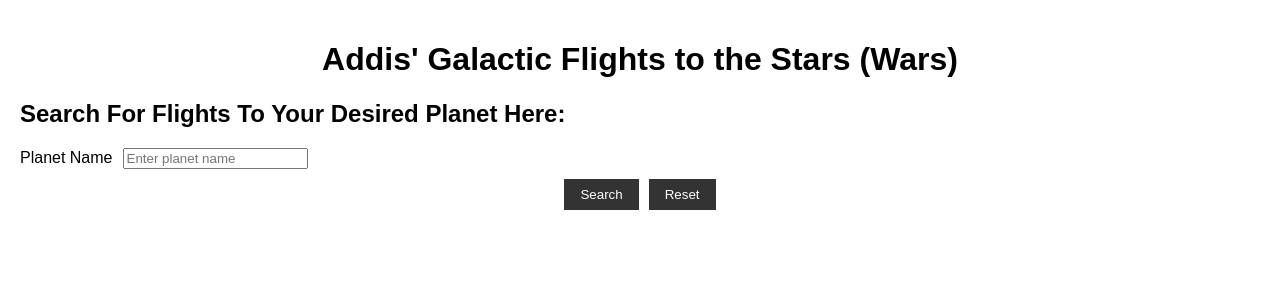
Repository: addisjackson/project-front-end-portfolio2
Page: index.html
An editor plug-in stored every save of this project. The page is shown before and after the next save, followed by the edit.
The browser window is 1280 px wide. The pictures show the whole page.

Above is the page before, as saved 2023-07-17 16:37:33.

After the next save:
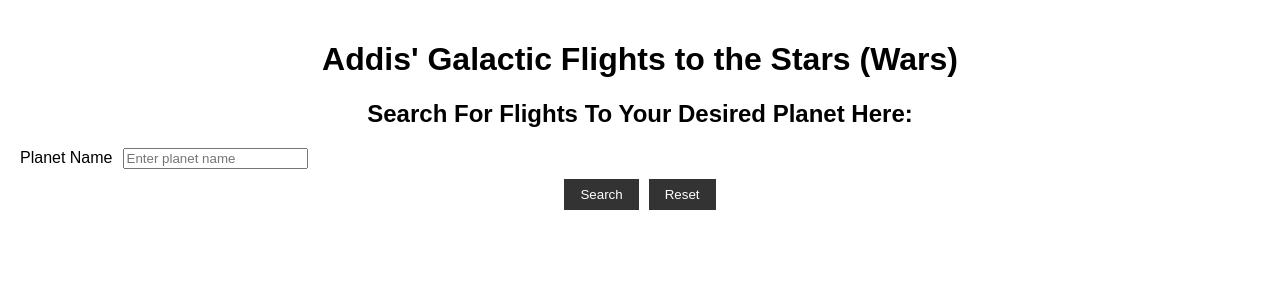
Saved 32 s later.
--- a/style.css
+++ b/style.css
@@ -29,7 +29,7 @@ label {
   justify-content: center;
 }
 
-h2 #searchPlanet {
+#searchPlanet {
   text-align: center;
 }
 
